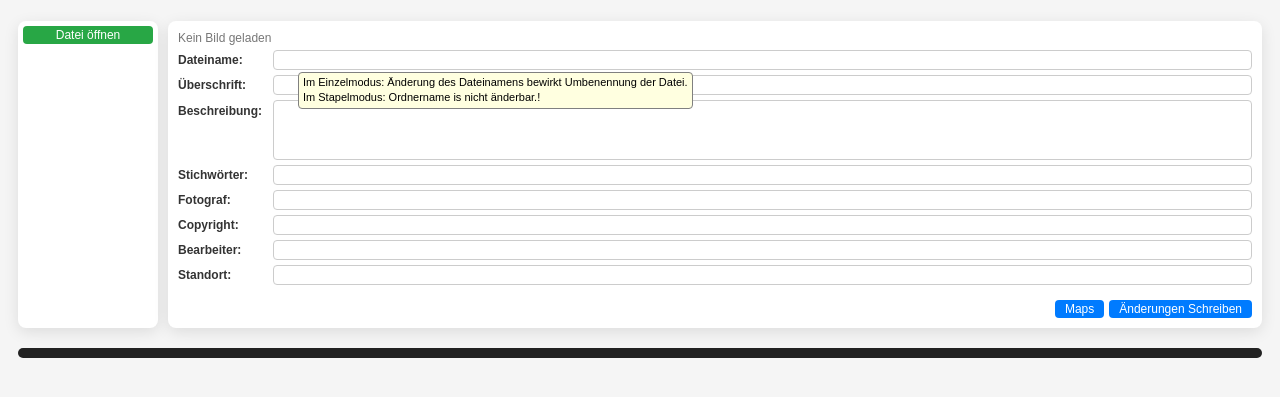
Repository: h-fahle/metadata
Page: ui/index.html
These files come from the project's save history. The page is drawn as it stood at one moment and after the next save; the edit follows.
The browser window is 1280 px wide. The pictures show the whole page.
The pointer rests on the first visible `.tooltip`.

Above is the page before, as saved 2026-08-18 12:57:29.

### ui/index.html
<!DOCTYPE html>
<html lang="de">

<head>
	<meta charset="UTF-8">
	<title>Tauri ExifTool Test</title>
	<script src="script.js"></script>
	<link rel="stylesheet" href="style.css">
</head>

<body>

	<div class="main-container">

		<!-- Das Vorschaubild links -->
		<div id="sidebar">
			<button id="file-open" onclick="dateiAuswählen()">Datei öffnen</button>

			<!-- 			<select id="menue-oeffnen" onchange="menueAktion(this)" >
				<option value="dateien">🖼️ Bilder öffnen...</option>
				<option value="ordner">📁 Ordner öffnen...</option>
			</select>
 -->
			<img id="vorschau-bild" src="" style="display:none;" />
			<div id="bild-info" style="text-align:center;">
				<span id="img-nummer"></span><br>
				<span id="img-datum"></span><br>
				<span id="img-groesse"></span>
			</div>
		</div>

		<!-- Das Formular rechts -->
		<div id="mein-formular-container">

			<div id="ordner-pfad">Kein Bild geladen</div>

			<div class="tooltip" data-tooltip=
"Im Einzelmodus: Änderung des Dateinamens bewirkt Umbenennung der Datei.
Im Stapelmodus: Ordnername is nicht änderbar.!">
				<label for="filename">Dateiname:</label>
				<input type="text" id="filename" name="filename"/>
			</div>

			<div class="tooltip" data-tooltip=
"Auch: (Dokument-)Titel, Schlagzeile, Headline">
				<label for="caption">Überschrift:</label>
				<input type="text" id="caption" name="caption"/>
			</div>

			<div class="tooltip" data-tooltip=
"Beschreibender Text in beliebiger Länge.
(Im Stapelmodus wird der eingegebene Text an vorhandenen angehängt.)
Hinweis: Einige Programme zeigen nur 2.000 Zeichen oder auch weniger an.">
				<label for="description">Beschreibung:</label>
				<textarea id="description" name="description" style="min-height: 60px;"></textarea>
			</div>

			<div class="tooltip" data-tooltip=
"Komma-separierte Liste. Groß-/Kleinschreibung beachten.
Im Stapelmodus werden die eingegebenen Stichwörter an vorhandene angehängt.">
				<label for="keywords">Stichwörter:</label>
				<input type="text" id="keywords" name="keywords"/>
			</div>

			<div class="tooltip" data-tooltip=
"Urheber, Ersteller, Autor
(Tags: Artitst, Creator, By-line)">
				<label for="creator">Fotograf:</label>
				<input type="text" id="creator" name="creator"/>
			</div>

			<div class="tooltip" data-tooltip=
"Urheberrechtshinweis; enthält in der Regel:
Name des Fotografen, Aufnahmejahr und Nutzungsrechte;
(z.B. 'Copyright [1975] [Mustermann], Alle Rechte vorbehalten')">
				<label for="copyright">Copyright:</label>
				<input type="text" id="copyright" name="copyright"/>
			</div>

			<div class="tooltip" data-tooltip=
"Verfasser der Metadaten
(Tags: Caption Writer, Writer Editor)">
				<label for="editor">Bearbeiter:</label>
				<input type="text" id="editor" name="editor"/>
			</div>

			<div class="tooltip" data-tooltip=
"GPS-Koordinaten in Dezimalgrad (51.49129, 8.43317).
Ermitteln der Koordinaten in der Google Maps-Karte:
  1. mit rechter Maustaste auf den Standort klicken,
  2. auf die angezeigten Koordinaten klicken,
  3. der so gespeicherte Wert kann dann mit Strg+V kopiert werden.">
				<label for="position">Standort:</label>
				<input type="text" id="position" name="position"/>
			</div>

			<!-- Button-Leiste -->
			<div class="button-group" style="text-align: right; margin-top: 15px;">
				<button type="button" onclick="zeigeMaps(event)" style="background: #007BFF;">Maps</button>
				<button type="button" onclick="exifSchreiben(event)" style="background: #007BFF;">Änderungen Schreiben</button>
			</div>

		</div>
	</div> <!-- Ende des main-containers -->

	<div id="ausgabe"></div>

</body>

</html>

### ui/script.js
let aktuellerBildPfad = "";

async function zeigeMaps(event) {
    event.preventDefault()
    let gps = document.getElementById('position').value;

    try {
        // Ruft direkt unsere eigene, sichere Rust-Funktion auf
        await window.__TAURI__.core.invoke('oeffne_maps_browser', {
            gpsString: gps
        });
    } catch (fehler) {
        console.error("Fehler:", fehler);
    }
}

async function dateiAuswählen() {
    try {
        const ergebnis = await window.__TAURI__.core.invoke('plugin:dialog|open', {
            options: {
                title: 'Bilddatei für ExifTool auswählen',
                directory: false,
                multiple: false,
                filters: [
                    { name: 'Bilder', extensions: ['jpg', 'jpeg', 'png', 'gif', 'tif', 'tiff', 'webp', 'avif', 'heic', 'heif'] }
                ]
            }
        });

        // Wenn der Nutzer nicht abgebrochen hat (ergebnis ist nicht null)
        if (ergebnis) {
            // Falls das Ergebnis ein Objekt ist (z.B. { path: "..." }), holen wir den Pfad heraus,
            // ansonsten nehmen wir den String direkt.
            const pfad = typeof ergebnis === 'object' ? ergebnis.path : ergebnis;

            aktuellerBildPfad = pfad;

            // Sofort automatisch die Metadaten einlesen!
            exifAuslesen();
        }
    } catch (fehler) {
        document.getElementById("ausgabe").innerHTML = "<span style='color: red;'>Dialog-Fehler: " + fehler + "</span>";
    }
}

async function exifAuslesen() {
    const pfad = aktuellerBildPfad;
    const ausgabe = document.getElementById("ausgabe");
    const vorschauImg = document.getElementById("vorschau-bild");


    ausgabe.innerText = "Rufe ExifTool auf...";

    try {
        // 1. Metadaten über Rust holen
        const jsonText = await window.__TAURI__.core.invoke('lese_bild_metdaten', { dateipfad: pfad });
        const datenObjekt = JSON.parse(jsonText)[0]; 	// Das 1. JSON-Objekt im JSON-Array in JS-Objekt umwandeln

        document.getElementById('img-nummer').innerText = '# 0/0';
        let datum = datenObjekt.DateTimeOriginal;
        if (typeof datum === 'undefined') {
            datum = '(unbekannt)';
        }
        document.getElementById('img-datum').innerText = '\u{1F4F7} ' + datum || '';
        document.getElementById('img-groesse').innerText = '⤢ ' + datenObjekt.ImageSize || '';

        document.getElementById('filename').value = datenObjekt.FileName || '';
        document.getElementById('caption').value = datenObjekt.CMB_Caption || '';
        document.getElementById('description').value = datenObjekt.Description || '';
        document.getElementById('keywords').value = datenObjekt.Keywords || '';
        document.getElementById('creator').value = datenObjekt.Creator || '';
        document.getElementById('copyright').value = datenObjekt.Copyright || '';
        document.getElementById('editor').value = datenObjekt.CMB_Editor || '';
        document.getElementById('position').value = datenObjekt.GPSPosition || '';

        const vollerPfad = pfad;
        // Erkennt automatisch Linux-Schrägstriche (/) und Windows-Backslashes (\)
        const letzterSlash = Math.max(vollerPfad.lastIndexOf('/'), vollerPfad.lastIndexOf('\\'));
        let ordner = "Unbekannt";
        if (letzterSlash !== -1) {
            ordner = vollerPfad.substring(0, letzterSlash);
        }
        // Den berechneten Ordnerpfad in das neue Label schreiben
        document.getElementById('ordner-pfad').innerText = ordner;

        // Wir nehmen das erste Element der Liste (ExifTool liefert immer ein Array)
        // und stellen es schön formatiert im Browser dar
        // ausgabe.innerText = JSON.stringify(datenObjekt[0], null, 2);
        ausgabe.innerText = jsonText;

        // Wir fragen Rust nach dem besten Weg für das Bild
        const vorschauErgebnis = await window.__TAURI__.core.invoke('hole_vorschaubild', { dateipfad: pfad });

        if (vorschauErgebnis === "STANDARD") {
            // Normales JPG/PNG über das Asset-Protokoll
            const assetUrl = window.__TAURI__.core.convertFileSrc(pfad);
            vorschauImg.src = assetUrl + "?t=" + new Date().getTime();
        } else if (vorschauErgebnis.startsWith("data:[embedded picture, 23 characters]")) {
            // TIF/TIFF über den im RAM kompilierten Rust-Wandler
            vorschauImg.src = vorschauErgebnis;
        }

        vorschauImg.style.display = "block";

    } catch (fehler) {
        ausgabe.innerHTML = "<span style='color: red;'>Fehler: " + fehler + "</span>";
        vorschauImg.style.display = "none";
        infoText.innerText = "Fehler beim Laden";
    }
}

async function exifSchreiben(ereignis) {
    if (ereignis) ereignis.preventDefault();  // verbietet dem Browser den automatischen Seiten-Reset!

    const pfad = aktuellerBildPfad;
    const ausgabe = document.getElementById("ausgabe");

    ausgabe.innerText = "Speichere Daten über ExifTool...";

    // Wir sammeln alle aktuellen Werte aus den Eingabefeldern ein
    const daten = {
        dateipfad: pfad,
        filename: document.getElementById('filename').value,
        caption: document.getElementById('caption').value,
        description: document.getElementById('description').value,
        keywords: document.getElementById('keywords').value.split(',').map(s => s.trim()).join(', '),
        creator: document.getElementById('creator').value,
        copyright: document.getElementById('copyright').value,
        editor: document.getElementById('editor').value,
        gps: document.getElementById('position').value
    };

    try {
        // Wir schicken das gesamte Paket an die Rust-Funktion 'schreibe_bild_metdaten'
        const antwort = await window.__TAURI__.core.invoke('schreibe_bild_metdaten', daten);

        // Bei Erfolg zeigen wir die Meldung in grüner Schrift an
        ausgabe.innerHTML = "<span style='color: #00ff00;'>" + antwort + "</span>";

        // 2. Da der Pfad dank preventDefault() jetzt bombenfest im Feld stehen bleibt,
        // funktioniert das Neuladen nun augenblicklich und fehlerfrei!
        await exifAuslesen();

    } catch (fehler) {
        // Falls etwas schiefgeht (z.B. Datei schreibgeschützt), zeigen wir den Fehler an
        ausgabe.innerHTML = "<span style='color: red;'>Fehler beim Speichern: " + fehler + "</span>";
    }
}

### ui/style.css
body {
	font-family: sans-serif;
	font-size: 12px;
	padding: 3px 10px;
	background: #f5f5f5;
}

button {
	padding: 2px 10px;
	font-size: 12px;
	cursor: pointer;
	background: #28a745;
	color: white;
	border: none;
	border-radius: 4px;
}

select {
	-moz-appearance: none;
	-webkit-appearance: none;
	appearance: none;
	border: none;
	border-radius: 4px;
	background: #28a745;
	color: white;
	width: 120px;
}

#ausgabe {
	margin-top: 20px;
	background: #222;
	color: #00ff00;
	padding: 5px;
	border-radius: 5px;
	font-family: monospace;
	white-space: pre-wrap;
	overflow-x: auto;
}

input#bildpfad {
	width: 350px;
}

/* Der neue Haupt-Container für die Nebeneinander-Ausrichtung */
.main-container {
	margin-top: 10px;
	display: flex;
	flex-direction: row;
	/* Elemente nebeneinander */
	gap: 10px;
	/* Abstand zwischen Bild und Formular */
	width: 100%;
	box-sizing: border-box;
}

/* Styling für den Bild-Bereich */
#sidebar {
	width: 130px;
	min-width: 130px;
	display: flex;
	flex-direction: column;
	align-items: center;
	justify-content: flex-start;
	padding: 5px;
	background-color: #ffffff;
	border-radius: 8px;
	box-shadow: 0 4px 15px rgba(0, 0, 0, 0.1);
}

#file-open {
	width: 130px;
	margin-bottom: 10px;
}

#vorschau-bild {
	width: 130px;
	height: auto;
	border: 1px outset gray;
}

/* Container des Formulars */
#mein-formular-container {
	flex-grow: 1;
	margin: 0;
	padding: 5px 10px;
	background-color: #ffffff;
	border-radius: 8px;
	box-shadow: 0 4px 15px rgba(0, 0, 0, 0.1);
	font-family: Arial, sans-serif;
}

#mein-formular-container div {
	display: flex;
	align-items: center;
	margin: 6px 0;
	/* Geringer Zeilenabstand */
	width: 100%;
	margin-top: 5px;
	/* Kleiner Abstand nach oben */
	margin-bottom: 5px;
	/* Kleiner Abstand nach unten */
}

label[for="description"] {
	align-self: flex-start;
	/* DIESE ZEILE IST DIE RETTUNG: Richtet NUR dieses Label oben aus! */
	margin-top: 4px;
	/* Feinjustierung, damit es perfekt auf der Linie der ersten Textzeile liegt */
}

#ordner-pfad {
	margin-left: 97px;
	margin-bottom: 2px;
	color: #777777;
	font-size: 12px;
	font-family: Arial, sans-serif;
}

/* Feste Breite für die Labels + Linksbündig */
label {
	display: inline-block;
	width: 95px;
	text-align: left;
	font-weight: bold;
	color: #333333;
	flex-shrink: 0;
	/* Verhindert, dass der Text zusammengedrückt wird */
}

/* Eingabefelder füllen den restlichen Platz der Zeile aus */
input[type="text"],
textarea {
	flex-grow: 1;
	/* Alle Felder starten exakt an der gleichen Linie */
	width: 100%;
	min-width: 0;
	padding: 2px;
	border: 1px solid #cccccc;
	border-radius: 4px;
	box-sizing: border-box;
	font-size: 12px;
}

textarea {
	/* DIESE BEIDEN ZEILEN LÖSEN DAS LINUX-PROBLEM ENDGÜLTIG: */
	field-sizing: content;
	/* Die Box wächst automatisch zeilenweise mit! */
	overflow: hidden;
	/* Schaltet Scrollbalken und damit den Bug komplett ab */
	resize: none;
	/* Der Nutzer muss nicht mehr manuell ziehen */
}

/* Aktives Feld bei Klick */
input:focus,
textarea:focus {
	border-color: #007BFF;
	outline: none;
	box-shadow: 0 0 5px rgba(0, 123, 255, 0.5);
}

.tooltipx {
  position: relative;
  z-index: 1;
}
/* Tooltip-Box beim Hover anzeigen */
.tooltipx:hover::after {
  z-index: 999;
  content: attr(data-tooltip);
  position: absolute;
  bottom: -130%;  /* unterhalb */
  left: 50%;	/* nach rechts versetzt */
  transform: translateX(-50%);
  background-color: lightyellow;
  color: black;
  padding: 5px 10px;
  border: 1px solid gray;
  border-radius: 4px;
  white-space: pre;
  width: max-content;
  font-size: 10px;
}

.tooltip {
  position: relative;
  display: block;
  margin-bottom: 15px;
  /* Wichtig: Standard-Ebene für alle Zeilen */
  z-index: 1;
}

/* Wenn die Maus drüber ist oder getippt wird, MUSS diese Zeile über allen anderen liegen */
.tooltip:hover,
.tooltip:has(input:focus) {
  z-index: 9999 !important; /* !important stellt sicher, dass kein anderes CSS das blockiert */
}

/* Der Tooltip selbst */
.tooltip:hover::after,
.tooltip:has(input:focus)::after {
  content: attr(data-tooltip);
  position: absolute;

  /* Vertikale Positionierung (unten) */
  top: 70%;
  margin-top: 8px;
  bottom: auto;

  /* Horizontale Positionierung (an deiner Label-Breite) */
  left: 120px;        /* Hier wieder deine Label-Breite eintragen */
  right: auto;
  transform: none;

  /* Styling & Farben */
  background-color: #333333;
  color: #ffffff;
  padding: 2px 4px;
  background-color: lightyellow;
  color: black;
  border: 1px solid gray;
  border-radius: 4px;
  font-size: 11px;
  line-height: 1.4;

  /* Dynamische Breite */
  white-space: pre;
  width: max-content;

  /* DIE RETTUNG FÜR DEN Z-INDEX: */
  z-index: 100000;
  pointer-events: none; /* Verhindert, dass der Tooltip Maus-Klicks oder Hovers abfängt */
}



/* Der Absendeknopf richtet sich nach den Eingabefeldern aus */
.button-group {
	display: flex;
	justify-content: flex-end;
}

.button-group button {
		margin-left: 5px;
}

button[type="submit"] {
	width: 200px;
	padding: 12px;
	background-color: #007BFF;
	color: white;
	border: none;
	border-radius: 4px;
	font-size: 16px;
	cursor: pointer;
	transition: background-color 0.3s ease;
}

button[type="submit"]:hover {
	background-color: #0056b3;
}

After the next save:
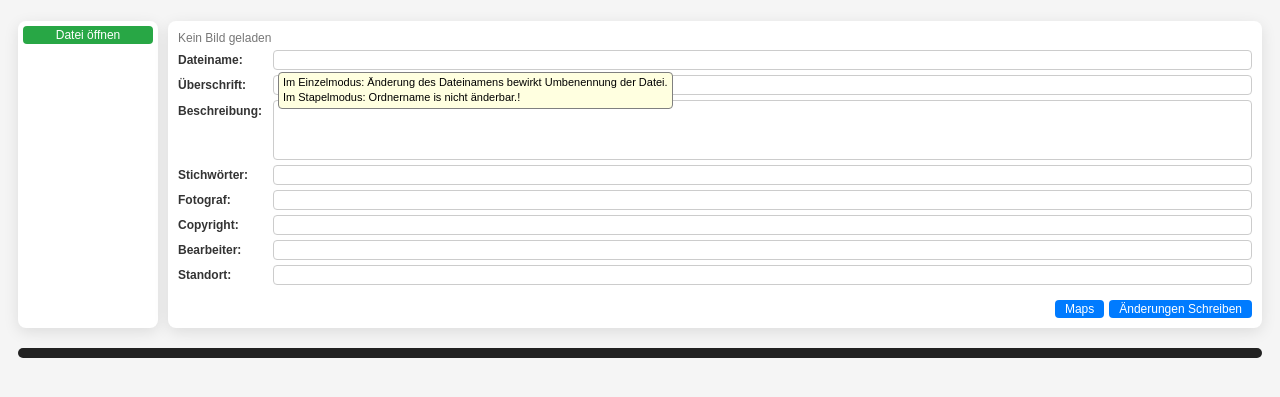
Saved 15 s later.
--- a/ui/style.css
+++ b/ui/style.css
@@ -207,7 +207,7 @@ textarea:focus {
   bottom: auto;
 
   /* Horizontale Positionierung (an deiner Label-Breite) */
-  left: 120px;        /* Hier wieder deine Label-Breite eintragen */
+  left: 100px;        /* Hier wieder deine Label-Breite eintragen */
   right: auto;
   transform: none;
 
